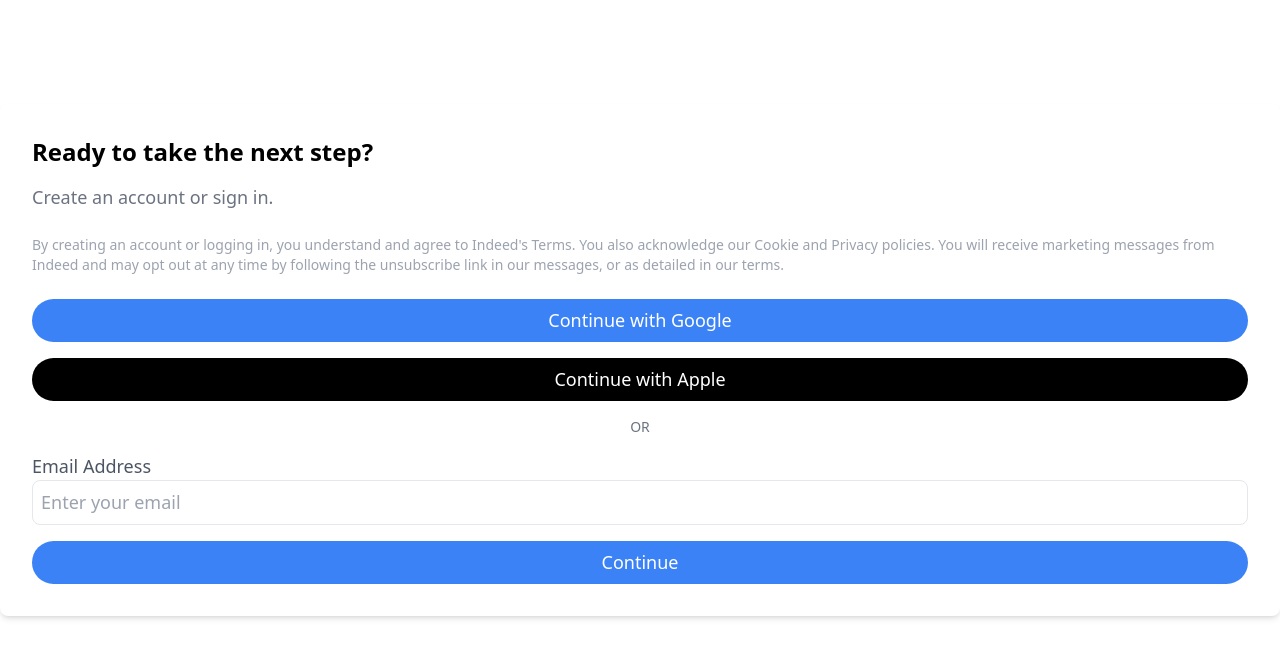
Repository: Temitech001/new-job
Page: /signin
These files come from the project's save history. The page is drawn as it stood at one moment and after a run of saves; the edit follows.
The browser window is 1280 px wide. The pictures show the whole page.
The project was rebuilt for these pictures with package versions that can differ from the ones it lists, and the page was loaded fresh each time. Also part of the build but not shown: src/App.css, src/components/header/Header.jsx, src/components/jobSearch/Job.jsx, src/components/jobSearch/JobListing.jsx, src/App.js.

Above is the page before, as saved 2023-08-22 01:56:38.

After the next 2 saves:
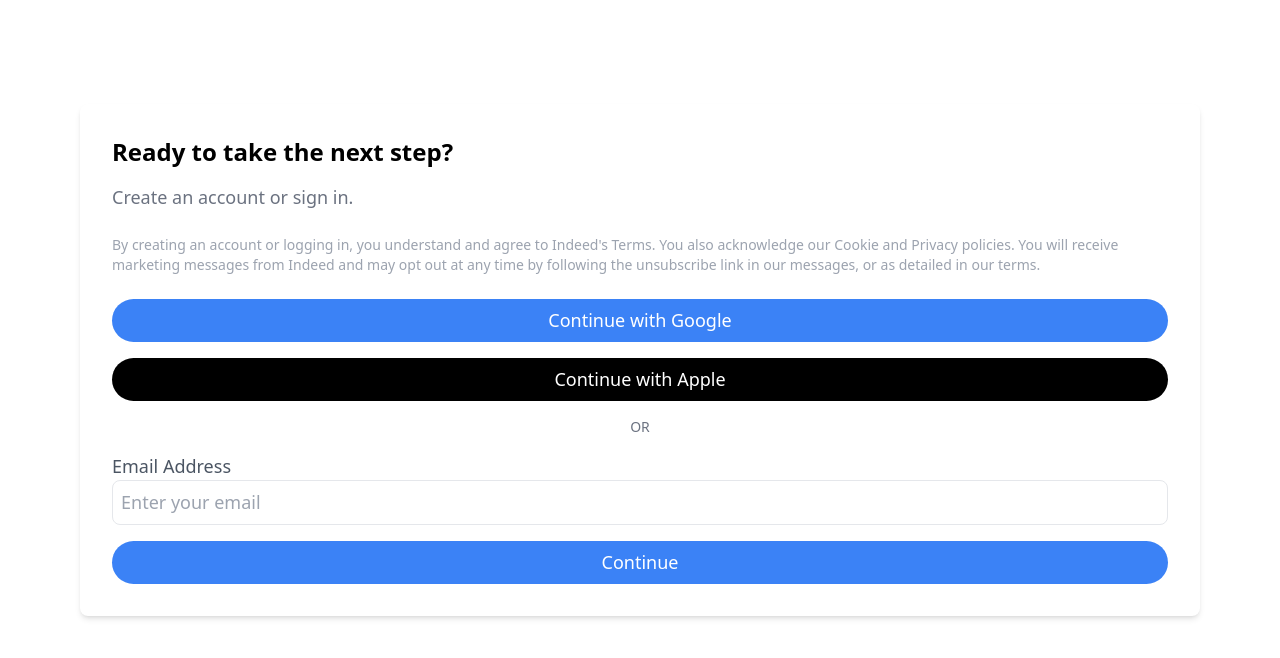
The 2 saves are shown as one change because they came seconds apart.
The last was saved 2 min 6 s later.
--- a/src/components/jobSearch/signIn/SignIn.jsx
+++ b/src/components/jobSearch/signIn/SignIn.jsx
@@ -3,7 +3,7 @@
 
 const SignIn = () => {
   return (
-    <div className="flex justify-center items-center h-screen">
+    <div className="flex justify-center items-center h-screen px-20">
       <div className="bg-white p-8 rounded-lg shadow-md">
         <h2 className="text-2xl font-semibold mb-4">
           Ready to take the next step?

After the 4 saves that followed:
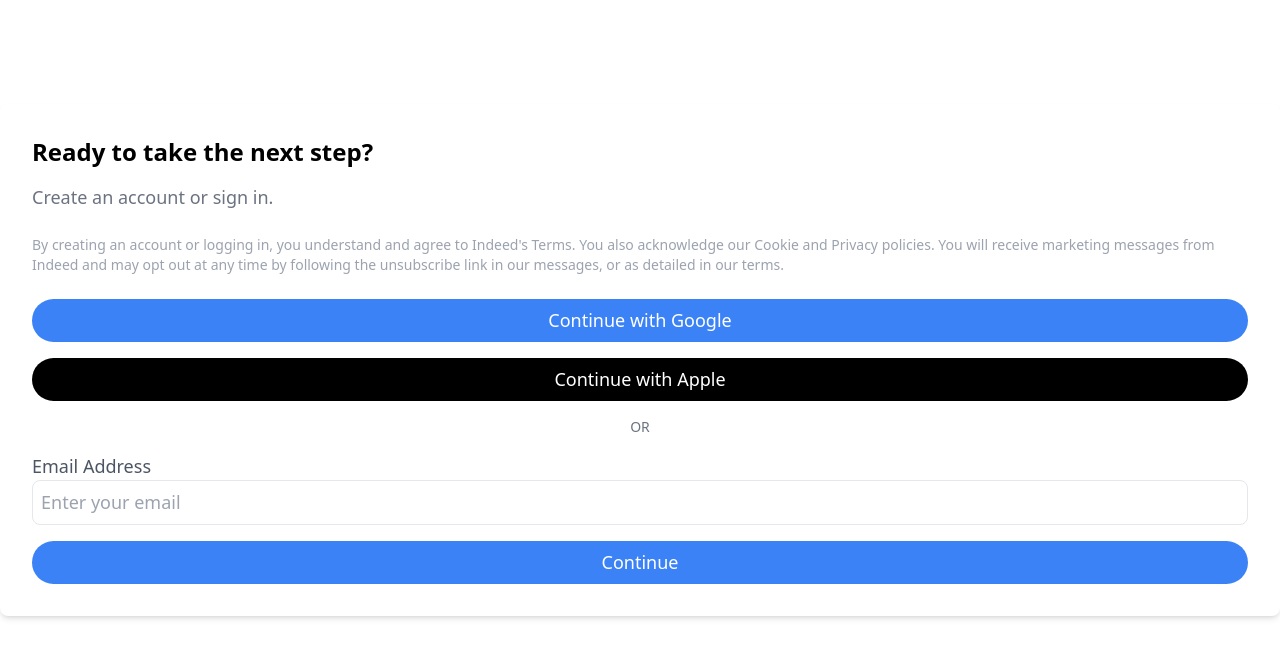
The 4 saves are shown as one change because they came seconds apart.
The last was saved 16 s later.
--- a/src/components/jobSearch/signIn/SignIn.jsx
+++ b/src/components/jobSearch/signIn/SignIn.jsx
@@ -3,7 +3,7 @@
 
 const SignIn = () => {
   return (
-    <div className="flex justify-center items-center h-screen px-20">
+    <div className="flex justify-center items-center h-screen w-1/">
       <div className="bg-white p-8 rounded-lg shadow-md">
         <h2 className="text-2xl font-semibold mb-4">
           Ready to take the next step?
